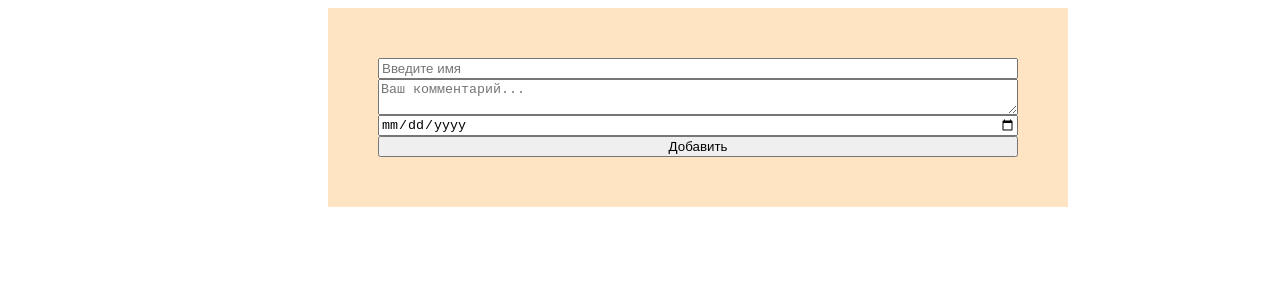
Repository: Grid-Master/commentList
Page: index.html
An editor plug-in stored every save of this project. The page is shown before and after the next save, followed by the edit.
The browser window is 1280 px wide. The pictures show the whole page.

Above is the page before, as saved 2023-03-06 21:38:54.

After the next save:
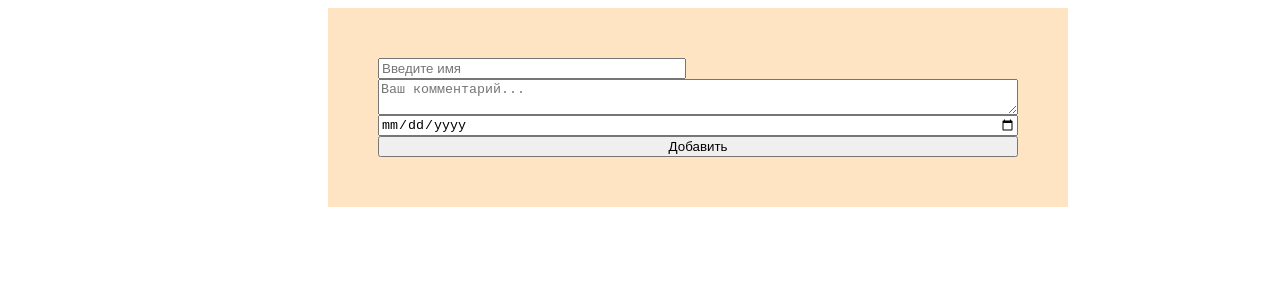
Saved 29 s later.
--- a/index.html
+++ b/index.html
@@ -14,6 +14,10 @@
         flex-direction: column;
         padding: 50px;
       }
+
+      input[type='text'] {
+        width: 300px;
+      }
     </style>
   </head>
   <body>
